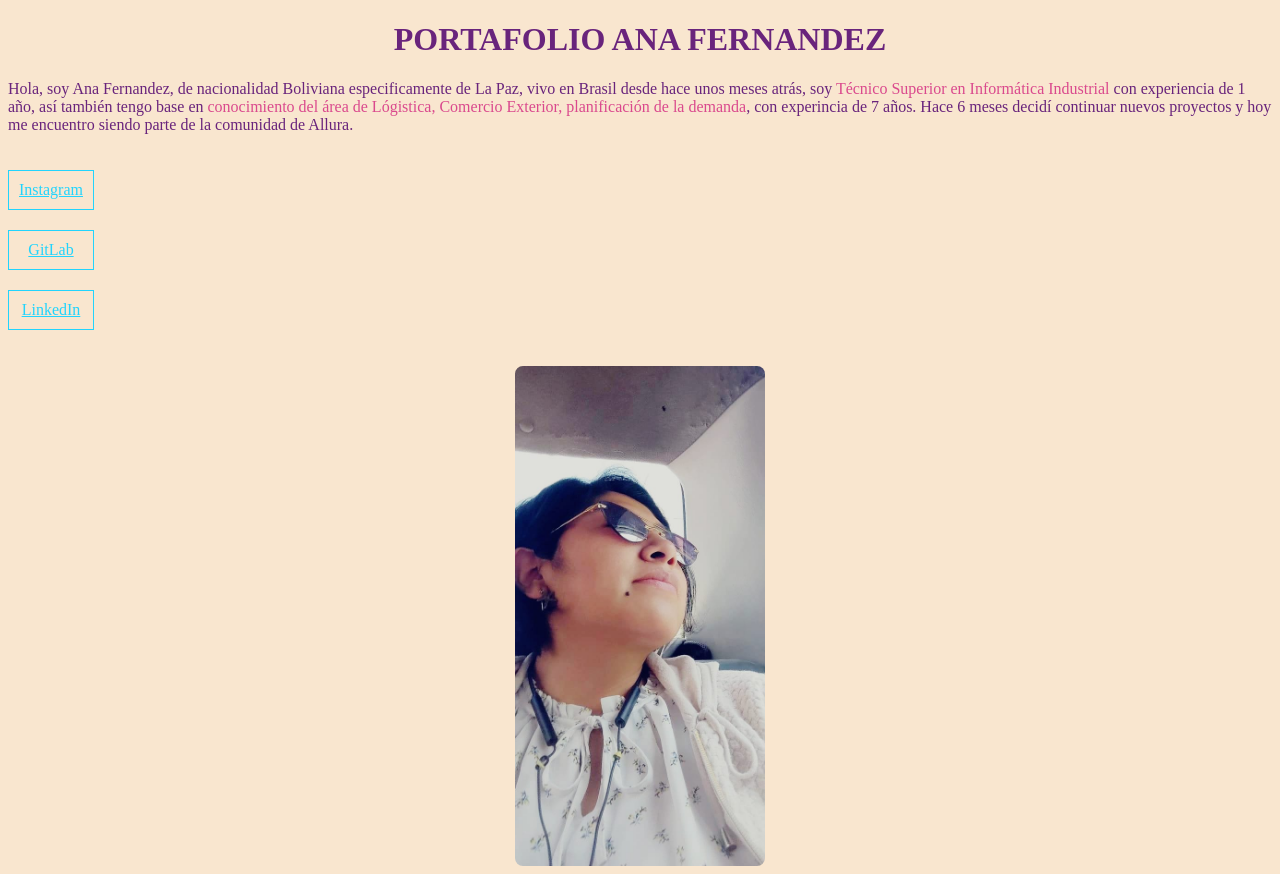
Repository: AnaFzCz/PROYECTOS-HTML---CSS2
Page: Portafolio/index.html
These files come from the project's save history. The page is drawn as it stood at one moment and after the next save; the edit follows.
The browser window is 1280 px wide. The pictures show the whole page.

Above is the page before, as saved 2025-01-23 07:41:27.

### Portafolio/index.html
<!DOCTYPE html>
<html lang="en">
<head>
    <meta charset="UTF-8">
    <meta http-equiv="X-UA-Compatible" content="IE=edge">
    <meta name="viewport" content="width=device-width, initial-scale=1.0">
    <title>Portafolio</title>
    <link rel="stylesheet" href="style.css">
</head>
<body>
    <header>

    </header>
    <main>
        <h1 style="text-align: center;">PORTAFOLIO ANA FERNANDEZ</h1>
        <p>Hola, soy Ana Fernandez, de nacionalidad Boliviana especificamente de La Paz, vivo en Brasil desde hace unos meses atrás, soy <span>Técnico Superior en Informática Industrial</span> con experiencia de 1 año, así también tengo base en <span>conocimiento del área de Lógistica, Comercio Exterior, planificación de la demanda</span>, con experincia de 7 años. Hace 6 meses decidí continuar nuevos proyectos y hoy me encuentro siendo parte de la comunidad de Allura.</p>
            <div class="bloq" >
        <a class="bot" href="https://instagram.com/anafzcz">Instagram</a>
        <a class="bot" href="https://github.com/AnaFzCz">GitLab</a>
        <a class="bot" href="https://linkedin.com/in/ana-fernandez-cruz-238787124">LinkedIn</a>
        <br>
        <br>

        </div>
        <img src="mindfullness.jpg" alt="myself" style="width:250px;height: 500px;">
    </main>
    <footer></footer>
</body>
</html>

### Portafolio/style.css
body{
   background-color: #F9E6CF;
   color:#69247C;
    font-family: "papyrus";
}

span{
    color:#DA498D;
}

a{
    color: #22D4FD;

    border: 1px solid #22D4FD;
    padding: 10px;
    text-align: center;
}
.bot {

    margin-top: 20px;
    display: flex;
    justify-content: center;

  }

.bloq{

    display:inline-block;
}

h1 {
   align-content: center;
}
img {
    border-radius: 8px;
    display: block;
    margin-left: auto;
    margin-right: auto;
  }

  img:hover {
    transform: scaleX(-1);
  }

After the next save:
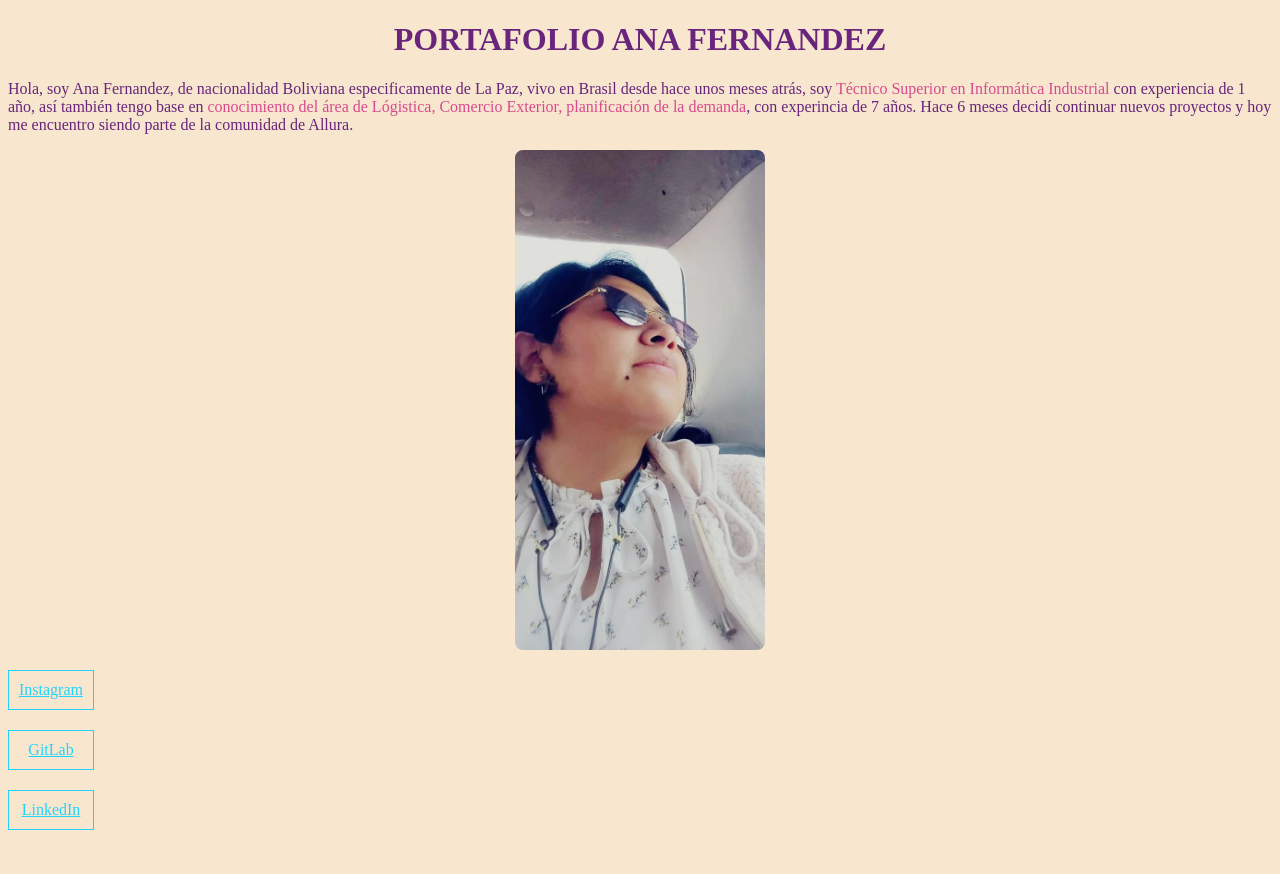
Saved 21 s later.
--- a/Portafolio/index.html
+++ b/Portafolio/index.html
@@ -14,7 +14,8 @@
     <main>
         <h1 style="text-align: center;">PORTAFOLIO ANA FERNANDEZ</h1>
         <p>Hola, soy Ana Fernandez, de nacionalidad Boliviana especificamente de La Paz, vivo en Brasil desde hace unos meses atrás, soy <span>Técnico Superior en Informática Industrial</span> con experiencia de 1 año, así también tengo base en <span>conocimiento del área de Lógistica, Comercio Exterior, planificación de la demanda</span>, con experincia de 7 años. Hace 6 meses decidí continuar nuevos proyectos y hoy me encuentro siendo parte de la comunidad de Allura.</p>
-            <div class="bloq" >
+        <img src="mindfullness.jpg" alt="myself" style="width:250px;height: 500px;">
+        <div class="bloq" >
         <a class="bot" href="https://instagram.com/anafzcz">Instagram</a>
         <a class="bot" href="https://github.com/AnaFzCz">GitLab</a>
         <a class="bot" href="https://linkedin.com/in/ana-fernandez-cruz-238787124">LinkedIn</a>
@@ -22,7 +23,7 @@
         <br>
 
         </div>
-        <img src="mindfullness.jpg" alt="myself" style="width:250px;height: 500px;">
+
     </main>
     <footer></footer>
 </body>
